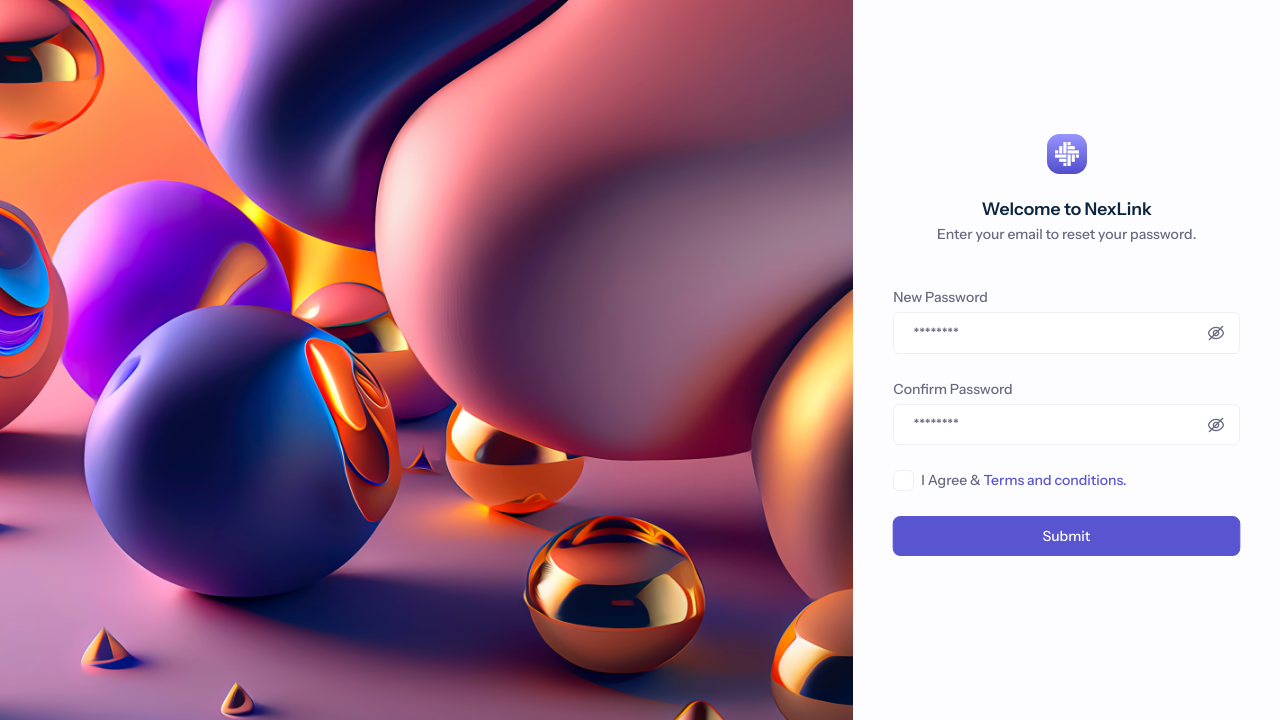
Repository: rudrah-hub/ecommerce-saas
Page: resources/views/auth/reset-password.blade.php
The author's editor kept a copy of each file at every save. The page is drawn from the files as they stood at one save, then again after the next save.
The browser window is 1280 px wide. The pictures show the whole page.
The page is served by the project's Laravel application, run on PHP 8.4 with Laravel 12. The template is opened directly, without the code that normally fills it, so the values that code supplies are empty.

Above is the page before, as saved 2026-01-19 17:41:52.

After the next save:
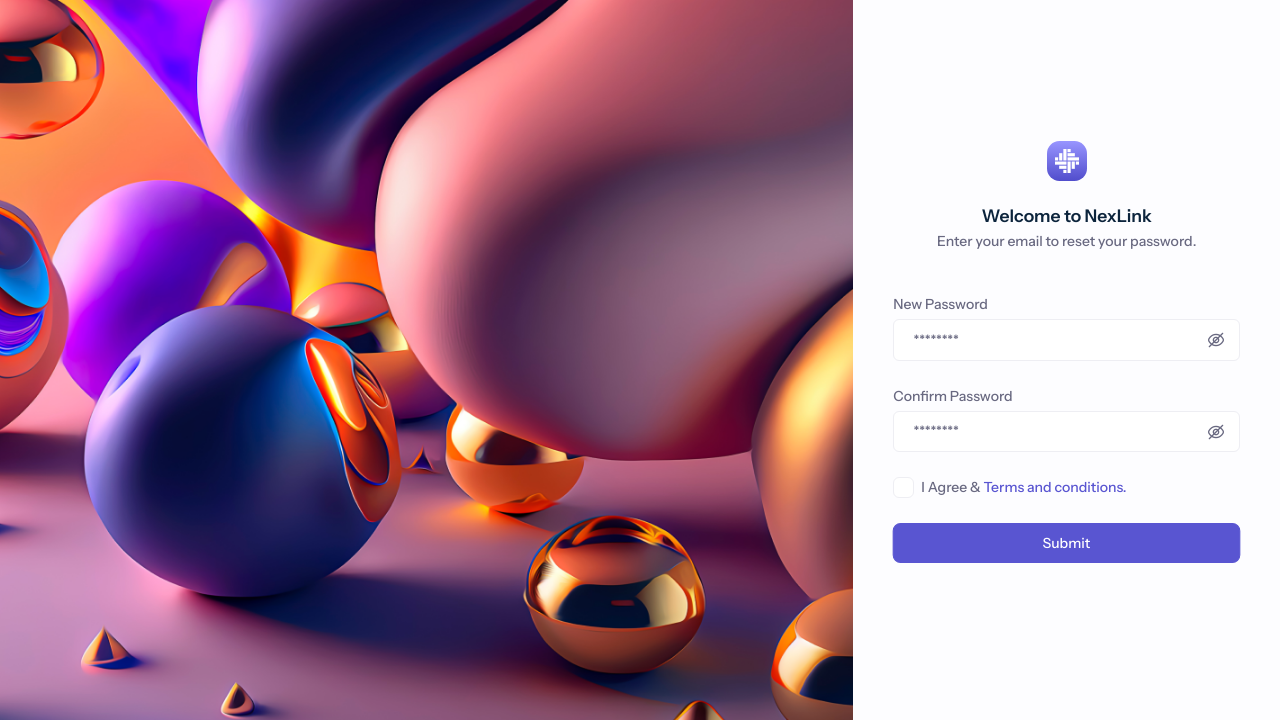
Saved 6 s later.
--- a/resources/views/auth/reset-password.blade.php
+++ b/resources/views/auth/reset-password.blade.php
@@ -61,3 +61,4 @@
         </div>
 
     </div>
+@endsection
